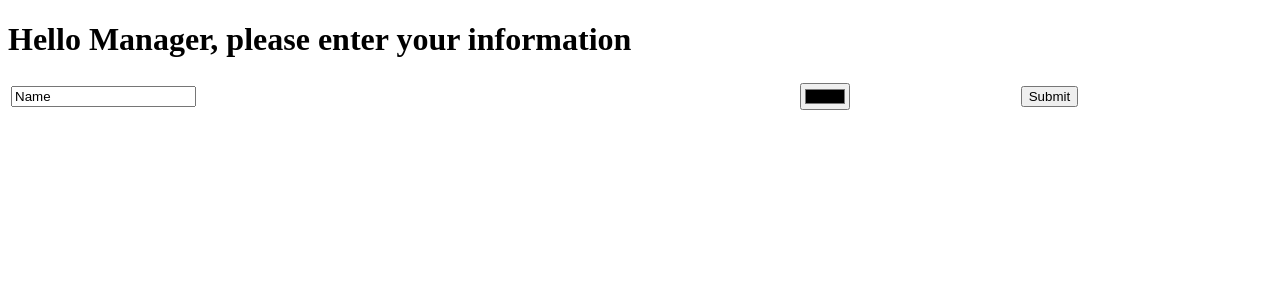
Repository: ir1998/cs201
Page: CSCI201Factory_Lab4/WebContent/setupForm.html
An editor plug-in stored every save of this project. The page is shown before and after the next save, followed by the edit.
The browser window is 1280 px wide. The pictures show the whole page.

Above is the page before, as saved 2017-02-07 16:16:36.

After the next save:
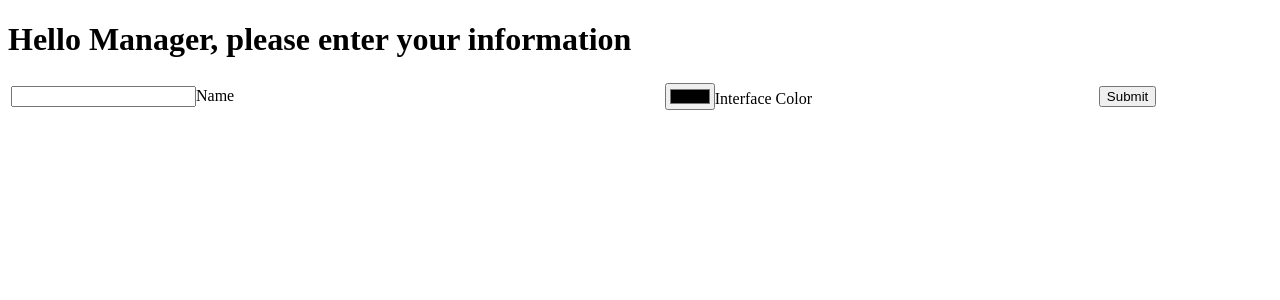
Saved 95 s later.
--- a/CSCI201Factory_Lab4/WebContent/setupForm.html
+++ b/CSCI201Factory_Lab4/WebContent/setupForm.html
@@ -8,8 +8,8 @@
 <h1>Hello Manager, please enter your information</h1>
 <table style="width:100%">
   <tr>
-    <td><input type="text" name="name" value="Name"/></td>
-    <td><input type="color" name="color" value="Interface Color"/></td>
+    <td><input type="text" name="name"/>Name</td>
+    <td><input type="color" name="color"/>Interface Color</td>
     <td><input type="submit" name="submit" value="Submit"/></td>
   </tr>
 </table>
